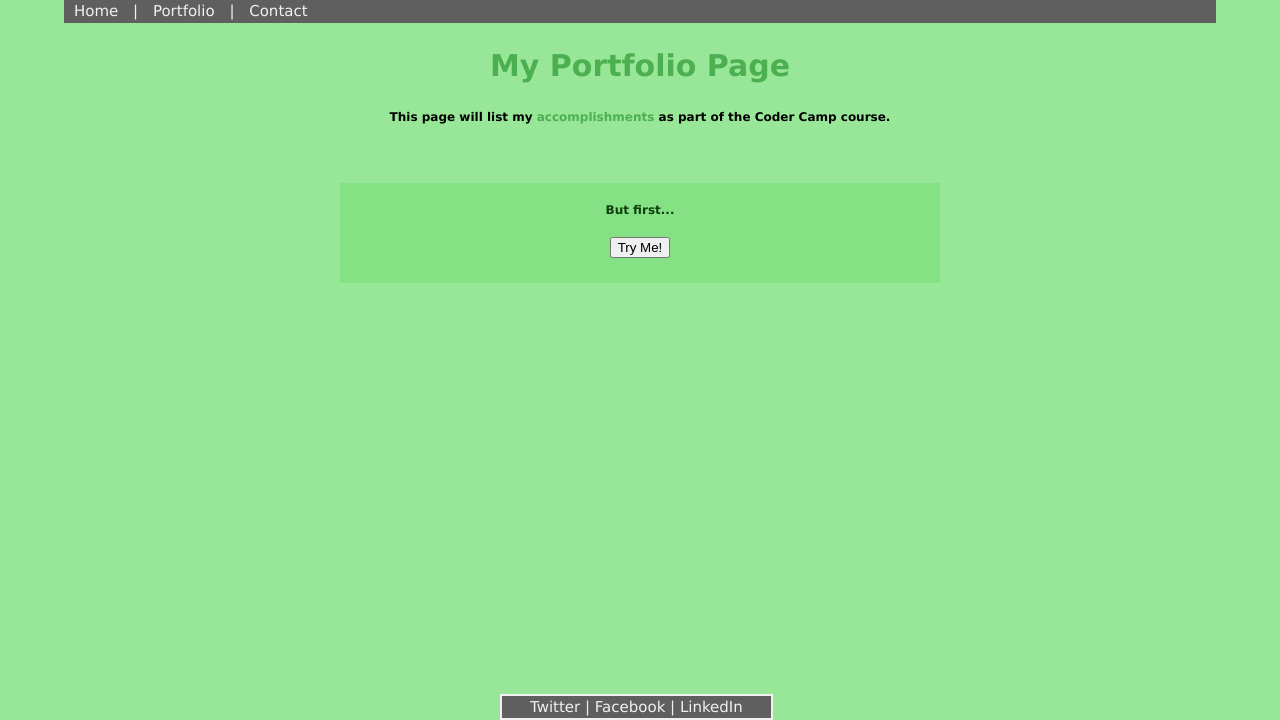
Repository: ischicagoisnotchicago/is-chicago
Page: http://localhost/CC_Personal_Website/portfolio.html
These files come from the project's save history. The page is drawn as it stood at one moment and after the next save; the edit follows.
The browser window is 1280 px wide. The pictures show the whole page.
The page is served by Tomcat 9.

Above is the page before, as saved 2017-05-26 01:21:06.

### CC Personal Website/WebContent/portfolio.html
<!DOCTYPE html>
<html>

<head>
<title>David Turner | Portfolio</title>
<link rel="stylesheet" type="text/css" href="style.css">
</head>

<body>
	<!-- Navigation Bar -->
	<nav>
		<a href="index.html">Home </a> | <a href="portfolio.html">Portfolio
		</a> | <a href="contact.html">Contact</a>
	</nav>

	<!-- Header -->
	<header>
		<h1>My Portfolio Page</h1>
		<h4>
			This page will list my <strong>accomplishments</strong> as part of
			the Coder Camp course.
		</h4>
	</header>

	<div id="portfolio">
	<div id="reserved">
		<br>But first...
		<br><br><button onclick="showFeature()" name="button">Try Me!</button></div>
	</div>

	<!-- Footer -->
	<footer>
		<a href="https://twitter.com/theagnessilient">Twitter</a> | <a
			href="https://www.facebook.com/profile.php?id=100004606000131"
		>Facebook</a> | <a href="https://www.linkedin.com/in/davidaturner19/">LinkedIn</a>
	</footer>

	<script src="script.js"></script>
</body>
</html>

### CC Personal Website/WebContent/style.css
/* Required! A background color */
/* Required! Change the font to a different Font-Family */
/* Required! Center all content on Home and Contact pages */
/* Tip! Changing body{height: 100%} will extend the page height making it easier to position content more accurately! */
body {
	font-family: Verdana,sans-serif;
    font-size: 15px;
    line-height: 1.5;
    height: 100%;
    width: 90%;
    background-color: #98e698;
    margin: 0 auto;
    text-align: center;
}

body#contact {
	font-family: "Comic Sans MS", cursive, sans-serif;
    font-size: 15px;
    line-height: 1.5;
    height: 100%;
    width: 90%;
	background-color: #ffe033;
	text-align: center;
}

header {
	height: 140px;
}

section {
	display: block;
	padding: 0 0 40px 0;
}

a {
	text-decoration: none;
}

/* Required! A style navbar */
nav {
	font-family: Verdana,sans-serif;
	color: #f1f1f1;
	background-color: #5f5f5f;
	text-align: left;
}

nav a {
	padding: 12px 10px;
}

a:link,
a:visited {
	color: #f1f1f1;
}

/* Required! Style links so when you hover the link, a different color is displayed */
a:hover {
    color: #4CAF50;
    background-color: black;
}

a:active {
    color: #f1f1f1;
}

h1, strong {
	color: #4CAF50;
}

h4 {
	font-size: .8em;
}

p {
	text-align: justify;
	text-indent: 15px;
}

dl {
	height: 380px;
}

dt {
	color: #ccad00;
	font-size: 1.4em;
	text-shadow: 2px 2px 5px white;
	text-align: left;
	border-left: 8px solid #ffdd1a;
	border-bottom: 1px solid #ffdd1a;
}

dd {
	text-align: right;
	font-style: italic;
	font-size: 0.9em;
	color: #0f3e0f;
}

#portfolio {
	height: 410px;
	width: 600px;
	margin: 0 auto 0 auto;
}

#accomplish {
	height: 400px;
}

#showtime {
	position: absolute;
	top: 180px;
	height: 220px;
	width: 600px;
	color: #0f3e0f;
	background-color: #84e184;
}

#reserved {
	height: 100px;
	font-weight: bold;
	font-size: 0.8em;
	color: #0f3e0f;
	background-color: #84e184;
}

#txtresults {
	height: 120px;
	color: #0f3e0f;
	padding: 20px 0 0 0;
	background-color: #84e184;
	border: 2px solid #ffdd1a;
}

.centerimg {
	height: 382px;
	width: 382px;
	margin: 25px auto 30px auto;
}

.itright {
	text-align: right;
	font-style: italic;
	color: #0f3e0f;
	padding-top: 50px;
}

.ftprompt {
    display: block;
    height: 25px;
    padding: 25px;
}

.fprompt {
	float: left;
	margin-left: 50px;
}

.tprompt {
	float: right;
	margin-right: 40px;
}

/* Required! The Contact should have a different color background and a set width of 25% */
.formtbl {
  height: 350px;
  width: 700px;
  margin: 0 auto 0 auto;
  padding: 10px 30px 0 30px;
}

.formside {
	width: 25%;
	float: left;
	background-color: #5f5f5f;
	padding: 10px;
	border: 5px double #0f3e0f;
	margin-left: 10px;
}

.formside input, .formside textarea {
	padding: 2px 0;
	background-color: #b8dc6f;
}

.formside button {
	margin: 0 60px;
	box-shadow: 2px 2px 2px #888888;
}

/* Required! The table needs to have a border and a background color. */
.tableside {
	float : right;
	width: 175px;
	height: 157px;
	color: #f1f1f1;
	padding: 10px;
	background-color: #5f5f5f;
    border: 5px double #0f3e0f;
    margin-right: 10px;
}

.tableside td {
	background-color: #5f5f5f;
	height: 20px;
	border: 5px double #0f3e0f;
	padding: 9px 40px;
}

/* Required! The mailto: with your email should be positioned in the bottom left corner with a border and background color */
.stuckleft {
	display: block;
	position: fixed;
	bottom: 0;
	left: 0;
	width: 97%;
	text-align: left;
	background-color: #5f5f5f;
	border-left: 5px double #f1f1f1;
	border-bottom: 1px solid #f1f1f1;
	border-right: 8px solid #f1f1f1;
}

/* Required! Footer needs to be stuck to the bottom of the page. */
footer {
  position: fixed;
  left: 500px;
  bottom: 0;
  width: 21%;
  color: #f1f1f1;
  background-color: #5f5f5f;
  border: 2px solid #f1f1f1;
}

### CC Personal Website/WebContent/script.js
// Expand punctuation as needed.
var Punctuation = {

  COMMA : ',',
  SPACE : ' ',
  PERIOD : '.',
  QUEST : '?',
  EXC : '!'
}

// Object with report stats to be used in html.
var reportMy = {
  text : "",
  numOfWords : 0,
  numOfSents : 0,
  numOfSpaces : 0,
  aveWordsPerSent : 0
}

// Array objects listing my accomplishments.
var accomplishMy = [
    {
      dt : "Personal Website",
      dd : "This is my first Website created for Coding from Scratch using HTML5 and CSS."
    }, {
      dt : "Portfolio Examples",
      dd : "Simple exercises showing my use of HTML, CSS and Javascript."
    }
];

// Generate reports to entered text.
function reportStats() {

  // Set initial.
  var wordStarted = false;

  // Get text from element with id value.
  reportMy.text = document.getElementById("sample").value;

  // Through the entire text length, check char. Update stats as appropriately.
  for ( i = 0; i < reportMy.text.length; i++) {

    switch ( reportMy.text[i]) {

      // If PERIOD, QUESTION, EXCLAMATIONPT, update number of sentences.
      case Punctuation.PERIOD:
      case Punctuation.QUEST:
      case Punctuation.EXC:
        if ( wordStarted === true) {
          reportMy.numOfSents++;
        }
        // break;

        // If either or COMMA, update number of words,
      case Punctuation.COMMA:
        if ( wordStarted === true) {
          reportMy.numOfWords++;
          wordStarted = false;
        }
        break;

      // If COMMA, update number of spaces.
      case Punctuation.SPACE:
        reportMy.numOfSpaces++;
        if ( wordStarted === true) {
          reportMy.numOfWords++;
          wordStarted = false;
        }
        break;

      // Assumes otherwise we are char in a word.
      default: {
        if ( wordStarted === false) {
          wordStarted = true;
        }
      }
    }
  }

  // Once text length has been reached, update average words per sentence.
  reportMy.aveWordsPerSent = parseInt(reportMy.numOfWords / reportMy.numOfSents);

  // Return reportMy object.
  return reportMy;
}

// Create a portfolio report of accomplishments.
function portlist() {

  var port = document.getElementById("portfolio");
  var showt = document.getElementById("showtime");
  port.removeChild(showt);
  var div = appendElementChild("div", port, "accomplish");
  var dl = appendElementChild("dl", div);

  // Build accomplishment listing.
  if ( accomplishMy !== null) {
    var i = 0;
    do {

      var dt = appendElementChild("dt", dl);
      dt.innerHTML = accomplishMy[i].dt;
      var dd = appendElementChild("dd", dl);
      dd.innerHTML = accomplishMy[i].dd;
      appendBreakChild(2, dl);
      i++;

    } while ( i < accomplishMy.length);

  }

  return true;
}

// Create a page with the textreader exercise.
function textreader() {

  // Replace "reserved" report with feature exercise.
  var port = document.getElementById("portfolio");
  var reserved = document.getElementById("reserved");
  port.removeChild(reserved);
  var div = appendElementChild("div", port, "showtime");
  var prompt1 = "First, a simple exercise. Type complete sentences "
      + "in the text area provided then press SUBMIT. I will report "
      + "statistics related to your submission. Cool? ";
  appendTextChild(prompt1, div, "h4");
  var prompt2 = "Text Reader and Statistics";
  var txta = appendElementChild("textarea", div, "sample");
  txta.setAttribute("name", "textReader");
  txta.setAttribute("rows", "5");
  txta.setAttribute("cols", "30");
  appendBreakChild(2, div);

  // Create button to move to next results page.
  var button1 = appendElementChild("button", div, "button1id");
  button1.innerHTML = "Submit";
  button1.setAttribute("name", "button1");
  button1.setAttribute("onClick", "txtrresults()");

  return true;
}

// Create a page of textreader results.
function txtrresults() {

  // First, run reportStats and generate the ReportMy stats to be used.
  reportStats();

  // Then setup report using ReportMy data.
  var prompt1 = "I detect you had entered " + reportMy.numOfSents
      + " sentence(s), consisting of " + reportMy.numOfWords + " words and "
      + reportMy.numOfSpaces
      + " spaces. The average words per sentence therefore is "
      + reportMy.aveWordsPerSent + ". Thanks for playing!";
  var noenter = "I detect you have not entered words in the text area. Ok then.";

  // Create noenter if no words detected in text area.
  if ( reportMy.numOfWords === 0) {
    prompt1 = noenter;
  }

  // If word are detected, create page report.
  var showt = document.getElementById("showtime");
  var button1 = document.getElementById("button1id");
  showt.removeChild(button1);

  var port = document.getElementById("portfolio");
  var div = appendElementChild("div", showt, "txtresults");
  appendTextChild(prompt1, div, "h4");

  var button2 = appendElementChild("button", div, "button2id");
  button2.innerHTML = "Done!";
  button2.setAttribute("name", "button2");
  button2.setAttribute("onClick", "portlist()");
  return;
}

// Replace with whatever exercise you want to display. For now, TextReader().
function showFeature() {

  textreader();
}

// Append text as a child node (w element).
function appendTextChild(text, node, element, idname) {

  // Check input.
  if ( text === undefined || text === null || node === undefined
      || node === null || element === undefined || element === null) {
    return null;
  }

  // Create styled text node.
  var txt = document.createTextNode(text);
  var el = _createel(element, idname);
  el.appendChild(txt);
  node.appendChild(el);

  return el;
}

// Append xtimes of break(s) as child node(s) to node.
function appendBreakChild(xtimes, node) {

  // Check input.
  if ( xtimes === undefined || xtimes === null || node === undefined
      || node === null) {
    return null;
  }

  var i = 0;
  // Create xtimes number of breaks.
  do {

    node.appendChild(document.createElement("br"));
    i++;

  } while ( i < xtimes);

  return true;
}

// Create child node of element with optional idname. You need idname if you
// want to remove later.
function appendElementChild(element, node, idname) {

  if ( element === undefined || element === null || node === undefined
      || node === null) {
    return null;
  }

  var el = _createel(element, idname);
  node.appendChild(el);

  return el;
}

function _createel(element, idname) {

  // Check input.
  if ( element === null) {
    return;
  }

  // Create element with optional id.
  var el = document.createElement(element);
  if ( idname !== undefined && idname !== null) {

    el.setAttribute("id", idname);
  }

  return el;
}

After the next save:
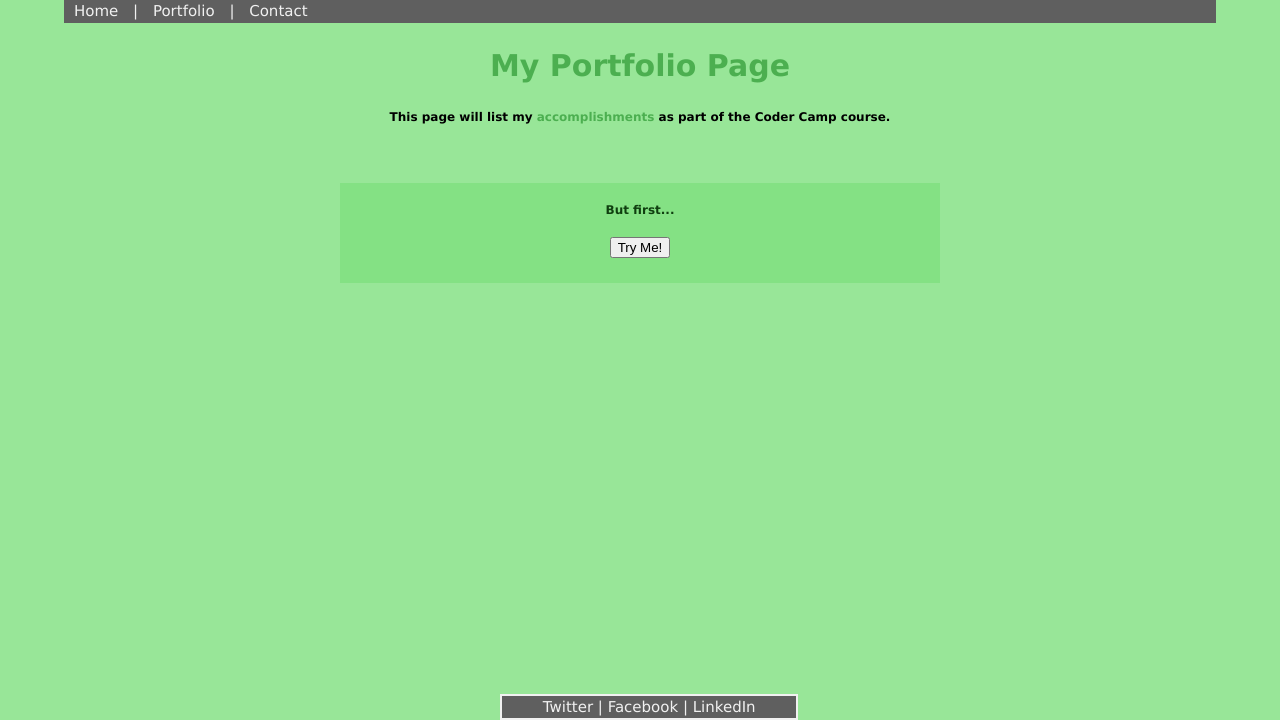
Saved 16 s later.
--- a/CC Personal Website/WebContent/style.css
+++ b/CC Personal Website/WebContent/style.css
@@ -225,7 +225,7 @@ footer {
   position: fixed;
   left: 500px;
   bottom: 0;
-  width: 21%;
+  width: 23%;
   color: #f1f1f1;
   background-color: #5f5f5f;
   border: 2px solid #f1f1f1;
